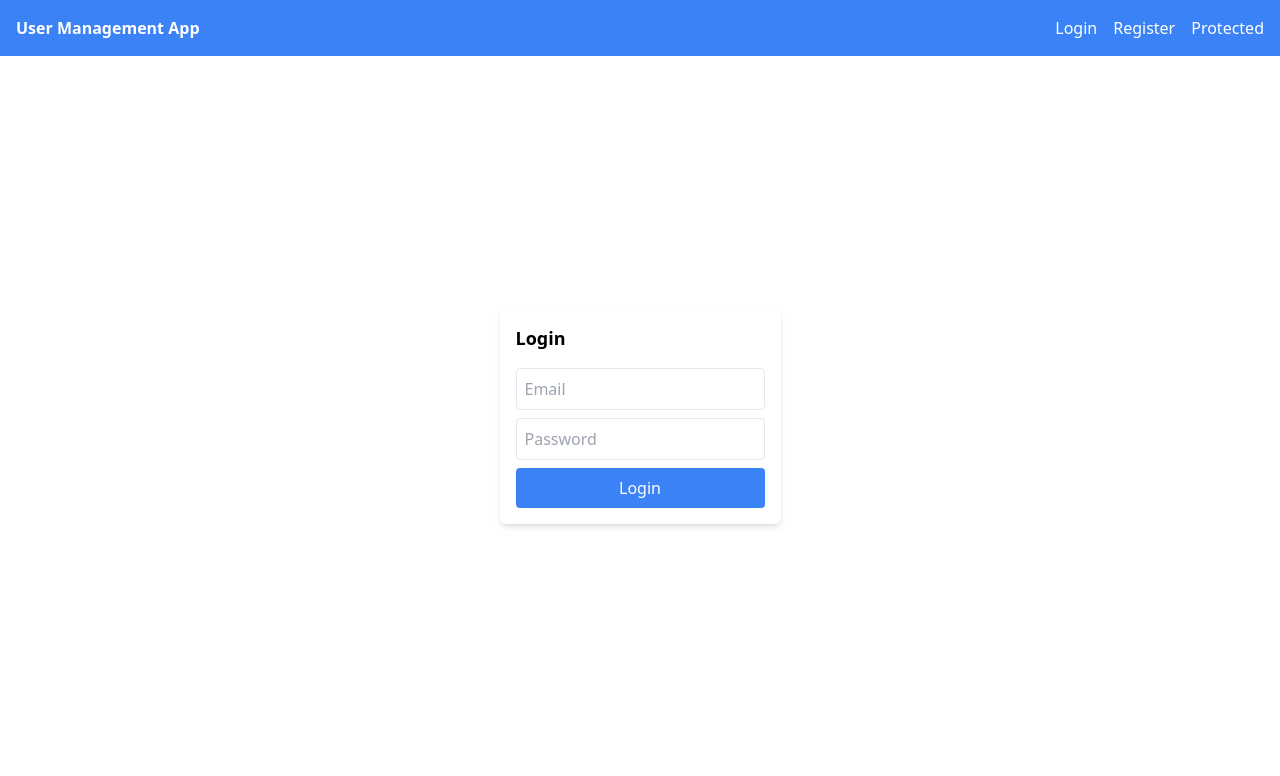
Repository: Ousman37/user-management-app
Page: /login (app in user-management-frontend/)
The author's editor kept a copy of each file at every save. The page is drawn from the files as they stood at one save, then again after the next save.
The browser window is 1280 px wide. The pictures show the whole page.
The project was rebuilt for these pictures with package versions that can differ from the ones it lists, and the page was loaded fresh each time. Also part of the build but not shown: user-management-frontend/webpack.config.js, user-management-frontend/src/components/form/Register.jsx, user-management-frontend/src/components/ProtectedPage.jsx.

Above is the page before, as saved 2024-08-25 10:59:45.

### user-management-frontend/src/App.js
import React from "react";
import { Routes, Route } from "react-router-dom";
import Login from "./components/form/Login";
import Register from "./components/form/Register";
import ProtectedPage from "./components/ProtectedPage";
import Navbar from "./components/navigation/Navbar";

function App() {
  return (
    <>
      <Navbar />
      <Routes>
        <Route path="/login" element={<Login />} />
        <Route path="/register" element={<Register />} />
        <Route path="/protected" element={<ProtectedPage />} />
      </Routes>
    </>
  );
}

export default App;

### user-management-frontend/src/components/form/Login.jsx
import React, { useState } from "react";
import { useNavigate } from "react-router-dom";
import axios from "axios";

function Login() {
  const [email, setEmail] = useState("");
  const [password, setPassword] = useState("");
  const [error, setError] = useState("");
  const navigate = useNavigate();

  const handleSubmit = async (e) => {
    e.preventDefault();
    try {
      const response = await axios.post("http://localhost:9000/api/login", {
        email,
        password,
      });
      localStorage.setItem("token", response.data.token);
      navigate("/protected");
    } catch (error) {
      setError("Invalid email or password");
    }
  };

  return (
    <div className="min-h-screen flex items-center justify-center">
      <form
        onSubmit={handleSubmit}
        className="p-4 shadow-md rounded-md bg-white"
      >
        <h2 className="text-lg font-bold mb-4">Login</h2>
        <div>
          <input
            type="email"
            placeholder="Email"
            value={email}
            onChange={(e) => setEmail(e.target.value)}
            className="block border rounded p-2 mb-2 w-full"
          />
          <input
            type="password"
            placeholder="Password"
            value={password}
            onChange={(e) => setPassword(e.target.value)}
            className="block border rounded p-2 mb-2 w-full"
          />
          {error && <p className="text-red-500">{error}</p>}
          <button
            type="submit"
            className="bg-blue-500 text-white p-2 rounded w-full"
          >
            Login
          </button>
        </div>
      </form>
    </div>
  );
}

export default Login;

### user-management-frontend/src/components/navigation/Navbar.jsx
import React from "react";
import { Link } from "react-router-dom";

function Navbar() {
  return (
    <nav className="bg-blue-500 p-4">
      <div className="container mx-auto flex justify-between">
        <div className="text-white font-bold">User Management App</div>
        <div className="space-x-4">
          <Link to="/login" className="text-white">
            Login
          </Link>
          <Link to="/register" className="text-white">
            Register
          </Link>
          <Link to="/protected" className="text-white">
            Protected
          </Link>
        </div>
      </div>
    </nav>
  );
}

export default Navbar;

Loaded but not shown: user-management-frontend/public/index.html (common file); user-management-frontend/src/index.js (common file); user-management-frontend/src/index.css (common file); user-management-frontend/tailwind.config.js (common file)

After the next save:
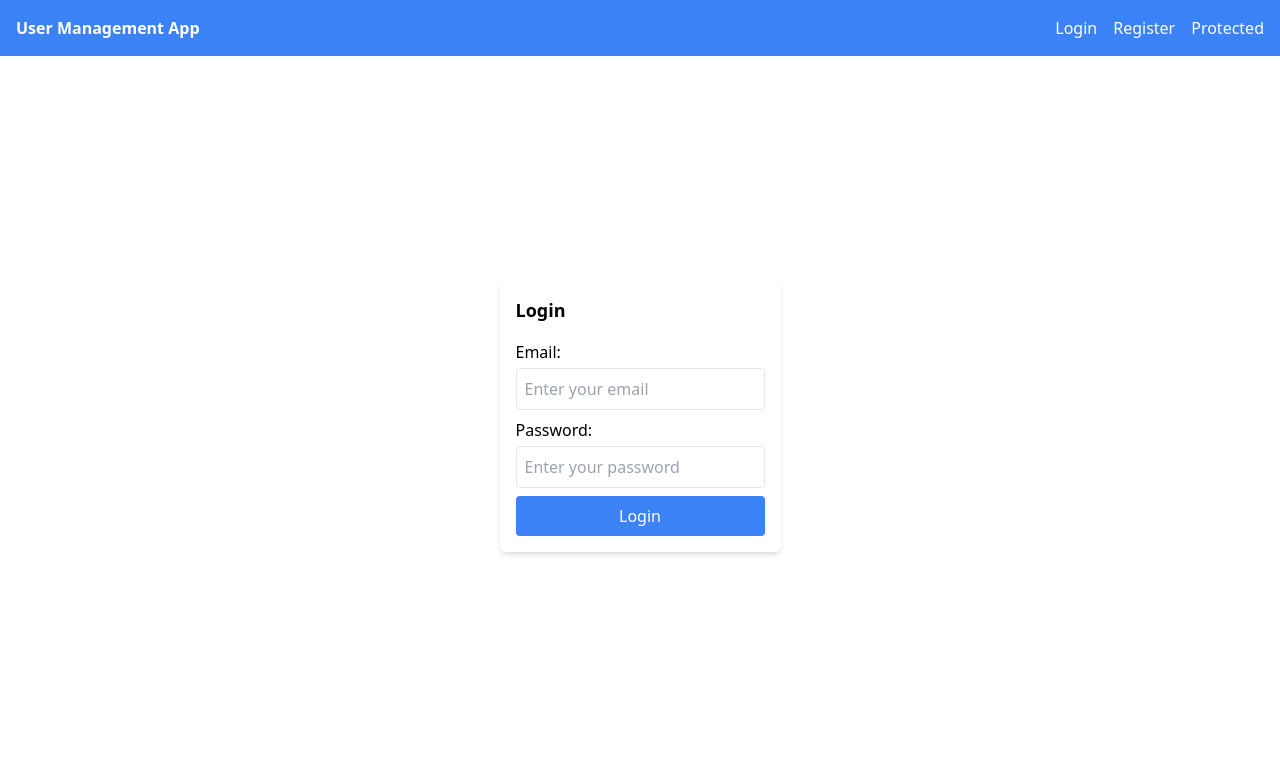
Saved 2 min 5 s later.
--- a/user-management-frontend/src/components/form/Login.jsx
+++ b/user-management-frontend/src/components/form/Login.jsx
@@ -30,16 +30,24 @@ function Login() {
       >
         <h2 className="text-lg font-bold mb-4">Login</h2>
         <div>
+          <label htmlFor="email" className="block font-medium mb-1">
+            Email:
+          </label>
           <input
             type="email"
-            placeholder="Email"
+            id="email"
+            placeholder="Enter your email"
             value={email}
             onChange={(e) => setEmail(e.target.value)}
             className="block border rounded p-2 mb-2 w-full"
           />
+          <label htmlFor="password" className="block font-medium mb-1">
+            Password:
+          </label>
           <input
             type="password"
-            placeholder="Password"
+            id="password"
+            placeholder="Enter your password"
             value={password}
             onChange={(e) => setPassword(e.target.value)}
             className="block border rounded p-2 mb-2 w-full"
